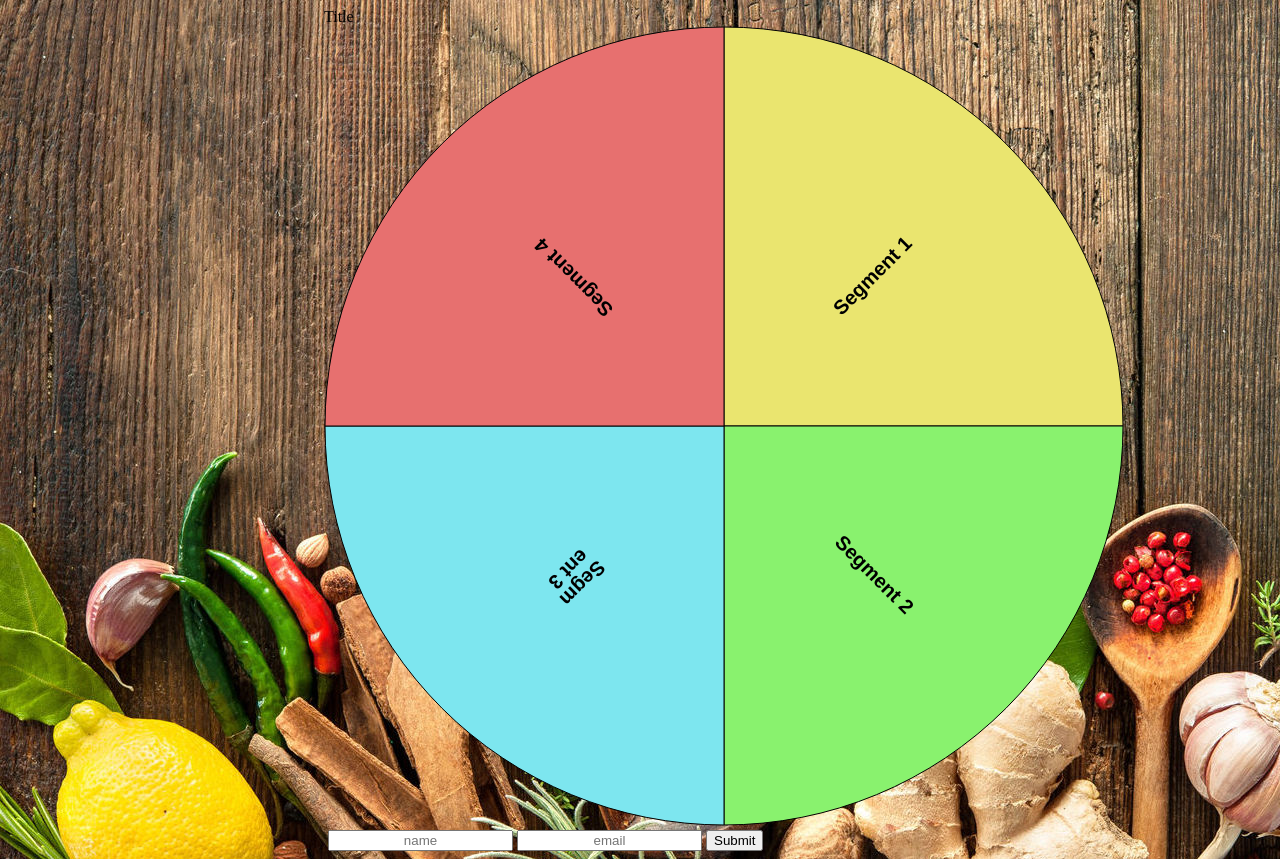
Repository: 43320888/upwork
Page: index.html
An editor plug-in stored every save of this project. The page is shown before and after the next save, followed by the edit.
The browser window is 1280 px wide. The pictures show the whole page.

Above is the page before, as saved 2019-01-16 12:49:29.

### index.html
<!DOCTYPE html>
<html lang="en">
<head>
	<meta charset="UTF-8">
	<meta name="viewport" content="width=device-width, initial-scale=1.0">
	<meta http-equiv="X-UA-Compatible" content="ie=edge">
	<link rel="stylesheet" href="style.css">
	<script src="Winwheel.min.js"></script>
	<title>Spin wheel</title>
</head>
<body class="spin-table">
	<div>
		<span>Title</span>
		<canvas id="canvas3" width="800" height="800"></canvas>
		<script src="script.js"></script>
		<input type="text" placeholder="name">
		<input type="text" placeholder="email">
		<input type="submit" placeholder="submit">
	</div>
</body>
</html>

### style.css
.spin-table {
	height: 100%;
	background: #000;
	background-image: url(images/Covers.jpg);
}
.spin-table > div {
	margin-left: 50%;
	transform: translateX(-50%);
}
.spin-table > div > * {
	text-align: center;
	display: inline-block;
}

### script.js
let theWheel3 = new Winwheel({
	'canvasId': 'canvas3',
	'numSegments': 4,
	'segments': [
		{'fillStyle': '#eae56f', 'text': 'Segment 1'},
		{'fillStyle': '#89f26e', 'text': 'Segment 2'},
		{'fillStyle': '#7de6ef', 'text': 'Segm\nent 3'},
		{'fillStyle': '#e7706f', 'text': 'Segment 4'},
	],
});

Loaded but not shown: Winwheel.min.js (library)

After the next save:
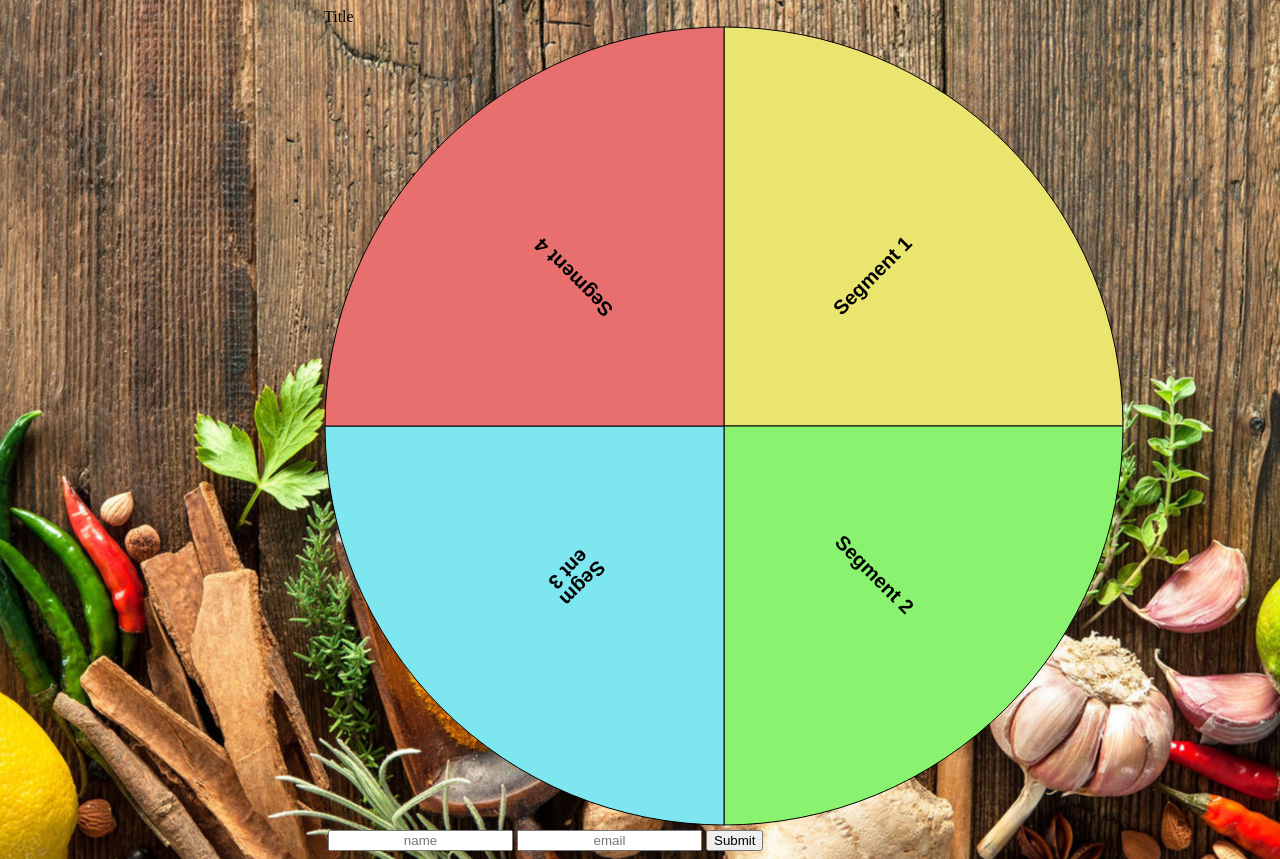
Saved 86 s later.
--- a/style.css
+++ b/style.css
@@ -2,6 +2,8 @@
 	height: 100%;
 	background: #000;
 	background-image: url(images/Covers.jpg);
+	background-position: center;
+	background-size: auto;
 }
 .spin-table > div {
 	margin-left: 50%;
